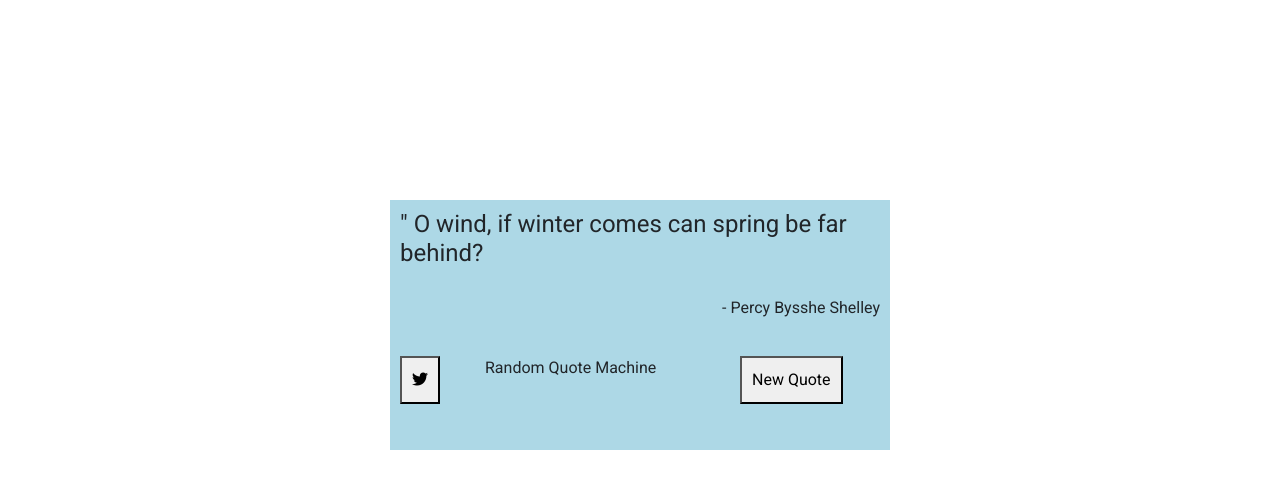
Repository: derektypist/random-quote-machine
Page: index.html
The author's editor kept a record of every edit. The page is drawn from the files as they stood at one moment, then again after the next edit.
The browser window is 1280 px wide. The pictures show the whole page.
Some web libraries are served in a nearby version.

Above is the page before.

After the next edit:
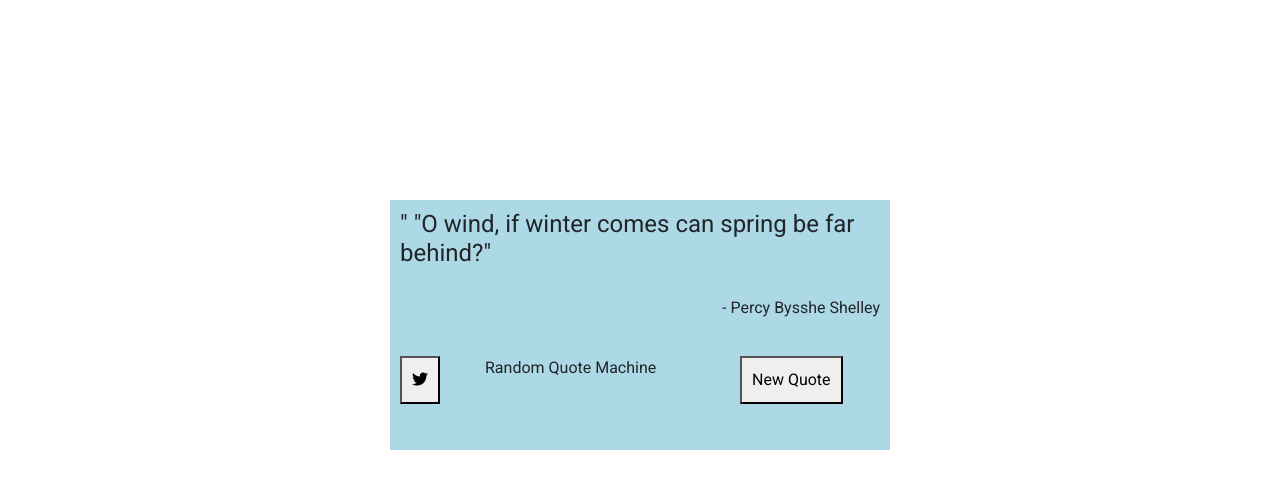
The edit:
--- a/index.html
+++ b/index.html
@@ -64,19 +64,19 @@
 
             // Set Up Constants
 
-            const possibleText = ["Hope smiles from the threshold of the year to come whispering.  It will be happier.",
-                "O wind, if winter comes can spring be far behind?",
-                "Spring is nature's way of saying 'Let's Party'",
-                "Sweet April showers do spring May Flowers.",
-                "As full of spirit as the month of May, and as gorgeous as the sun in Midsummer.",
-                "There are two seasons in Scotland: June and Winter.",
-                "People don't notice whether it's winter or summer when they're happy.",
-                "Summer Afternoon---summer afternoon; to me those have always been the first two beautiful words in the English Language.",
-                "Autumn is a second spring when every leaf is a flower.",
-                "In seed time learn, in harvest teach, in winter enjoy.",
-                "Winter is the time for comfort, for good food and warmth, for the touch of a friendly hand and a talk beside the fire: it is time for home.",
-                "Thank you for your kind words.",
-                "It looks as though you had a great time Derek."
+            const possibleText = ["&quotHope smiles from the threshold of the year to come whispering.  It will be happier.&quot",
+                "&quotO wind, if winter comes can spring be far behind?&quot",
+                "&quotSpring is nature's way of saying 'Let's Party'&quot",
+                "&quotSweet April showers do spring May Flowers.&quot",
+                "&quotAs full of spirit as the month of May, and as gorgeous as the sun in Midsummer.&quot",
+                "&quotThere are two seasons in Scotland: June and Winter.&quot",
+                "&quotPeople don't notice whether it's winter or summer when they're happy.&quot",
+                "&quotSummer Afternoon---summer afternoon; to me those have always been the first two beautiful words in the English Language.&quot",
+                "&quotAutumn is a second spring when every leaf is a flower.&quot",
+                "&quotIn seed time learn, in harvest teach, in winter enjoy.&quot",
+                "&quotWinter is the time for comfort, for good food and warmth, for the touch of a friendly hand and a talk beside the fire: it is time for home.&quot",
+                "&quotThank you for your kind words.&quot",
+                "&quotIt looks as though you had a great time Derek.&quot"
             ];
             const text = possibleText[randomIndex];
             const possibleAuthors = ["Alfred Lord Tennyson",
